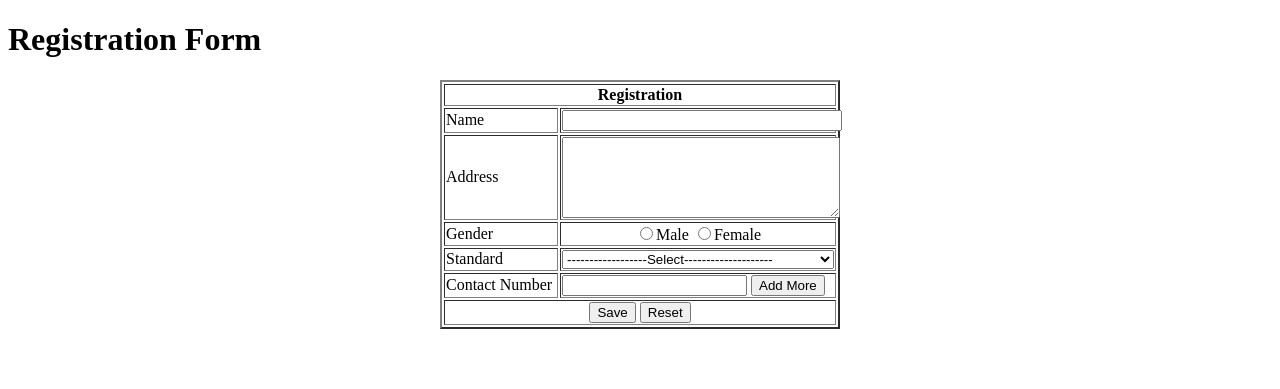
Repository: nsbgit/JavaTutorial
Page: http://localhost/2ndBatch/
An editor plug-in stored every save of this project. The page is shown before and after the next save, followed by the edit.
The browser window is 1280 px wide. The pictures show the whole page.
The page is served by Tomcat 9.

Above is the page before, as saved 2013-12-17 20:35:58.

After the next save:
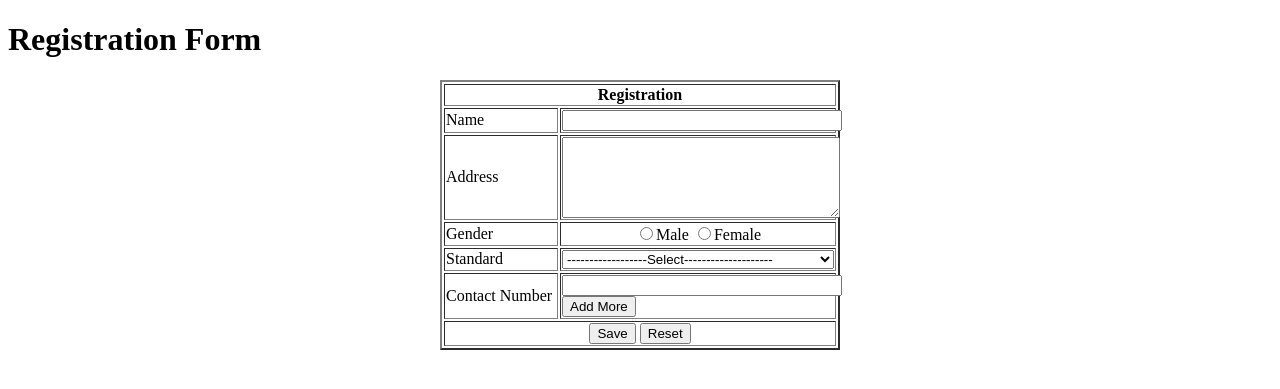
Saved 77 s later.
--- a/Webel Daily Home/J2EE Webel Tutorial Class/2ndBatch/WebContent/1st.jsp
+++ b/Webel Daily Home/J2EE Webel Tutorial Class/2ndBatch/WebContent/1st.jsp
@@ -69,7 +69,7 @@
 			<tr>
 				<td>Contact Number</td>
 				<td>
-					<input type="text">
+					<input type="text" style="width: 100%">
 					<input type="button" value="Add More"><%-- Syntax for BUTTON --%>
 				</td>
 			</tr>
